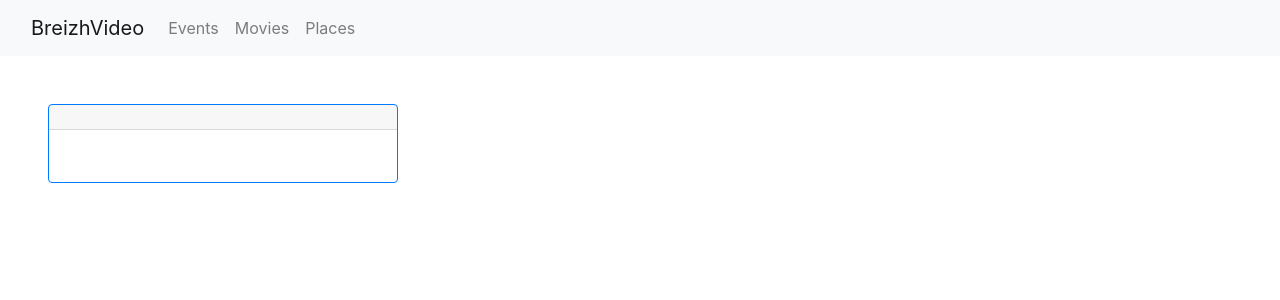
Repository: romgrm/Hackaton_BreizhVideo_FRONT
Page: /Movies
An editor plug-in stored every save of this project. The page is shown before and after the next save, followed by the edit.
The browser window is 1280 px wide. The pictures show the whole page.
The page's requests for data from a server got no answer. The project was rebuilt for these pictures with package versions that can differ from the ones it lists, and the page was loaded fresh each time. No one was signed in, and anything a server would have sent is missing. Also part of the build but not shown: src/Components/Events.js, src/Components/Village.js.

Above is the page before, as saved 2020-12-21 16:14:36.

### src/index.js
import React from 'react';
import ReactDOM from 'react-dom';
import App from './App';
import {BrowserRouter} from 'react-router-dom'


ReactDOM.render(
  <BrowserRouter>
    <App />
  </BrowserRouter>,
  document.getElementById('root')
);

### src/App.js
import bootstrap from '../node_modules/bootstrap/dist/css/bootstrap.min.css'
import Header from './Components/Header'
import {Switch, Route} from 'react-router-dom'
import Films from './Components/Films'
import Events from './Components/Events';
import Village from './Components/Village';


function App() {
  return (
    <>
    <Header />
    <Switch>
      <Route path="/Events" component={Events} />
      <Route path="/Movies" component={Films} />
      <Route path="/Places" component={Village} />
      <Route path="/" />
    </Switch>
    </>
  );
}

export default App;

### src/Components/Header.js
import React from 'react'
import {Link} from 'react-router-dom'

export default function Header() {
    return (
        <nav className="navbar navbar-expand-lg navbar-light bg-light">
  <div className="container-fluid">
    <Link className="navbar-brand" to="/">BreizhVideo</Link>
    <button className="navbar-toggler" type="button" data-bs-toggle="collapse" data-bs-target="#navbarNav" aria-controls="navbarNav" aria-expanded="false" aria-label="Toggle navigation">
      <span className="navbar-toggler-icon"></span>
    </button>
    <div className="collapse navbar-collapse" id="navbarNav">
      <ul className="navbar-nav">
        <li className="nav-item">
          <Link className="nav-link" to="/Events">Events</Link>
        </li>
        <li className="nav-item">
          <Link className="nav-link" to="/Movies">Movies</Link>
        </li>
        <li className="nav-item">
          <Link className="nav-link" to="/Places">Places</Link>
        </li>
      </ul>
    </div>
  </div>
</nav>
    )
}

### src/Components/Films.js
import React, { useState, useEffect } from 'react'
import axios from 'axios'

export default function Films() {

    const [film, setFilm] = useState([]);

    useEffect(() => {

        async function fetchData() {

            const url1 = await axios('http://localhost:8080/Film');
            setFilm(url1.data)
            console.log(film)
            // const url2 = await axios('http://localhost:9090/Agence/' + id);
            // setDataAgence(url2.data)
        }

        fetchData();
    }, []);

    return (
        <div className="row mx-5 mt-5">

            <div class="card border-primary mb-3" style={{width: 350}}>
                <div class="card-header">{film.map((current) => (
                    current.title
                    ))}</div>
                <div class="card-body text-primary">
                    <p class="card-title">{film.map((current ,index) => (
                    current.releaseYear
                    ))}</p>
                    <p class="card-text">{film.map((current) => (
                    current.description
                    ))}</p>
                </div>
            </div>
            </div>
    )
}

Loaded but not shown: public/index.html (common file)

After the next save:
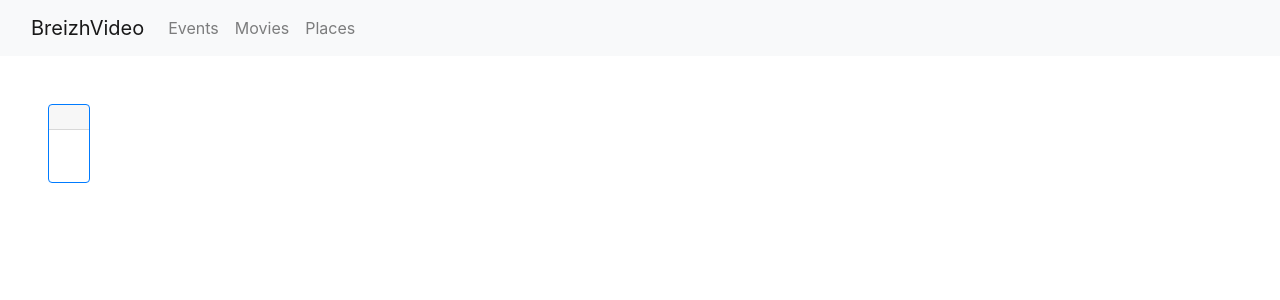
Saved 19 s later.
--- a/src/Components/Films.js
+++ b/src/Components/Films.js
@@ -22,7 +22,7 @@
     return (
         <div className="row mx-5 mt-5">
 
-            <div class="card border-primary mb-3" style={{width: 350}}>
+            <div class="card border-primary mb-3" >
                 <div class="card-header">{film.map((current) => (
                     current.title
                     ))}</div>

After the save that followed:
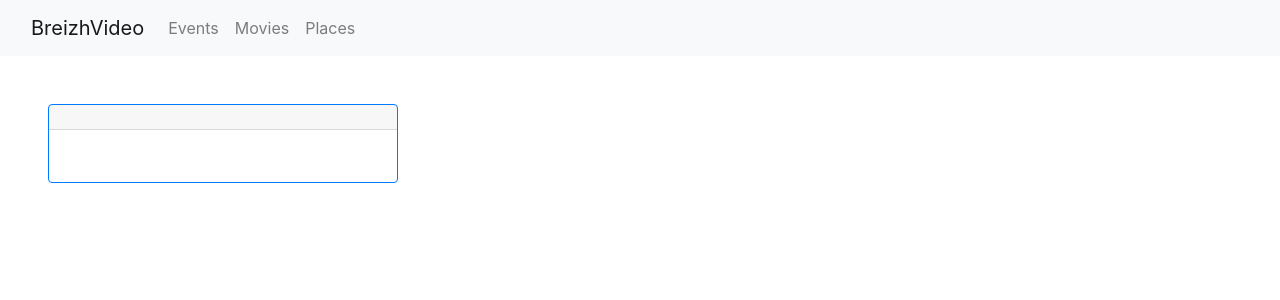
Saved 7 s later.
--- a/src/Components/Films.js
+++ b/src/Components/Films.js
@@ -22,7 +22,7 @@
     return (
         <div className="row mx-5 mt-5">
 
-            <div class="card border-primary mb-3" >
+            <div class="card border-primary mb-3" style={{width: 350}}>
                 <div class="card-header">{film.map((current) => (
                     current.title
                     ))}</div>
